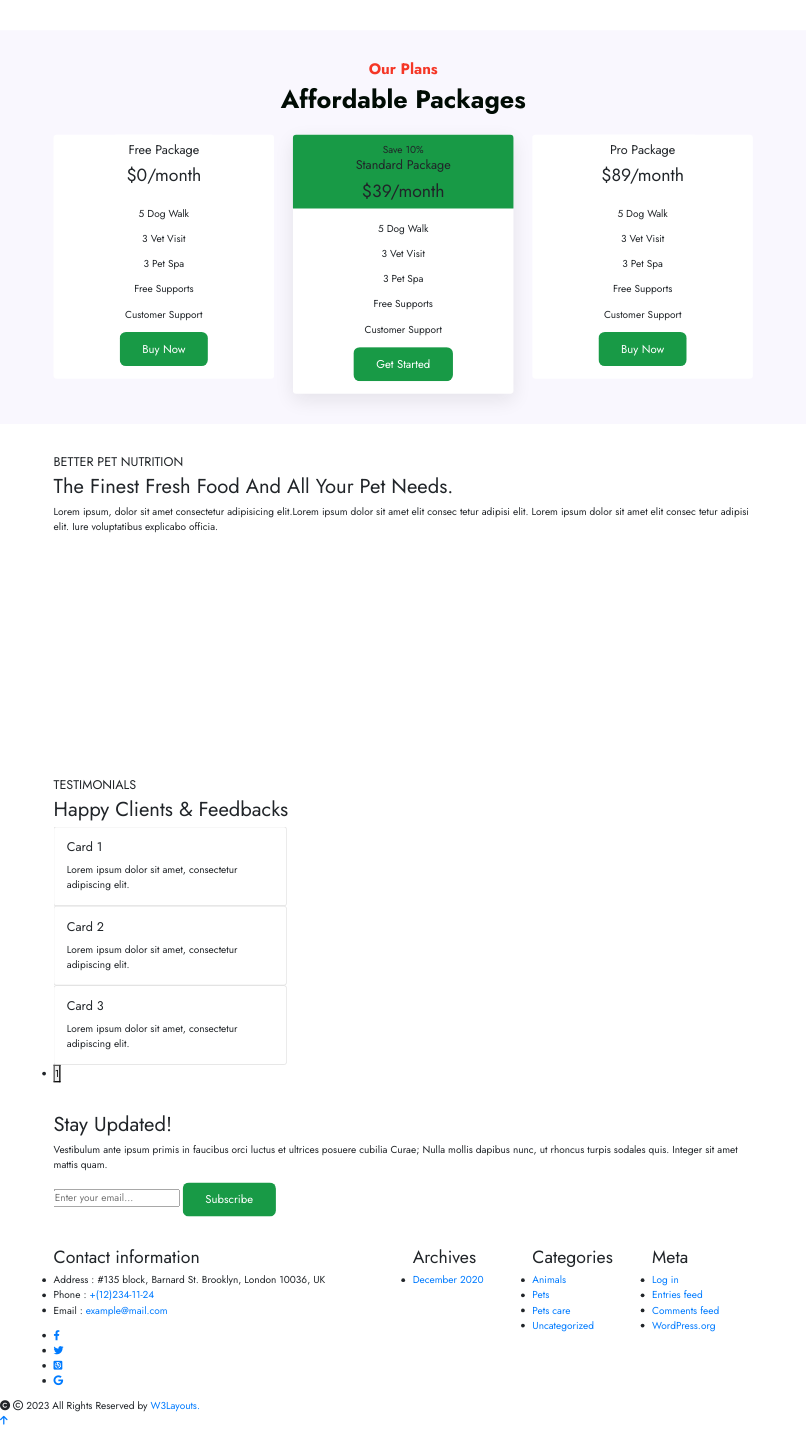
Repository: thanhfrankie/poochcare
Page: index.html
These files come from the project's save history. The page is drawn as it stood at one moment and after the next save; the edit follows.
The browser window is 1280 px wide. The pictures show the whole page, at 63% of full size.
Pictures or frames that could not be fetched are drawn as grey boxes.

Above is the page before, as saved 2023-12-20 22:30:51.

After the next save:
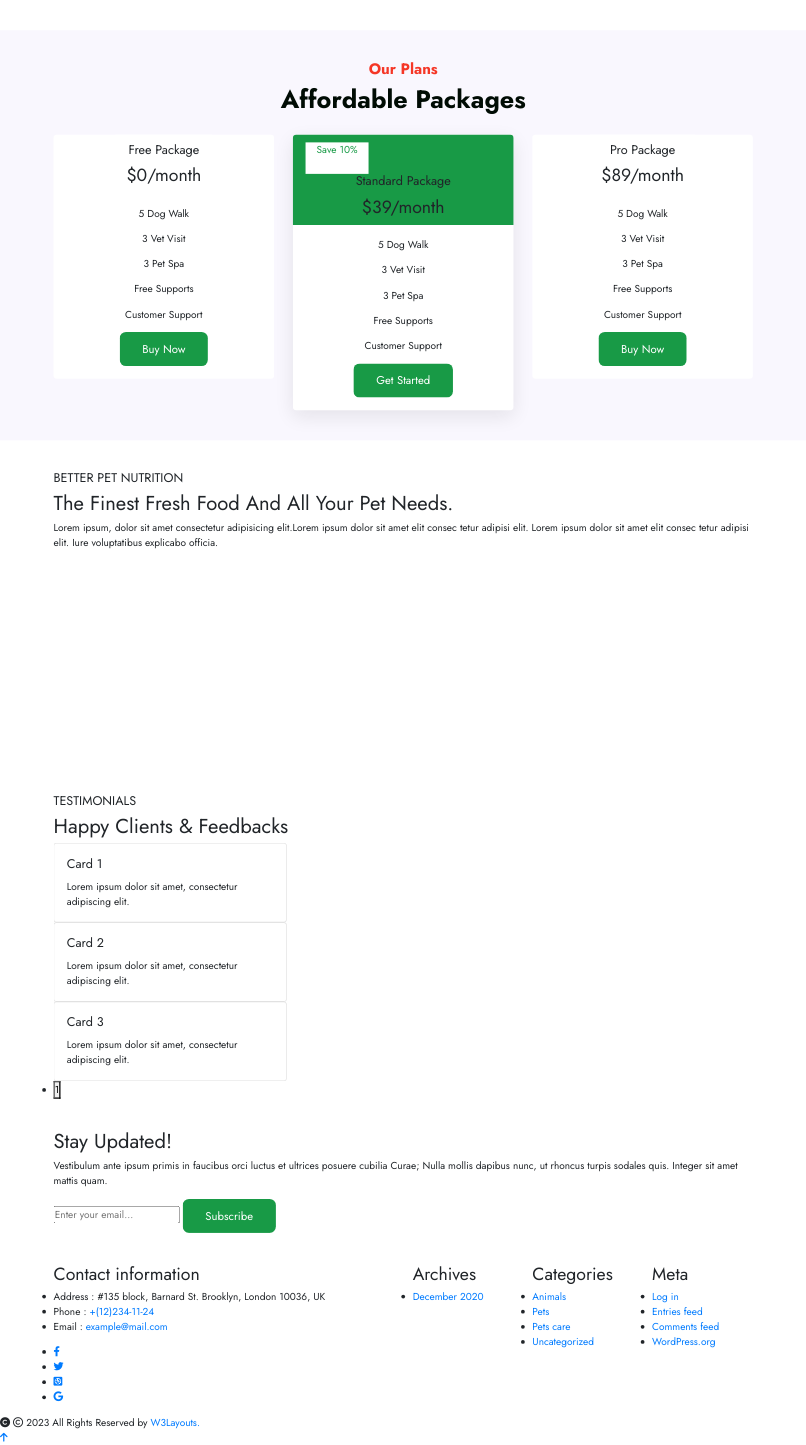
Saved 15 s later.
--- a/css/pricing.css
+++ b/css/pricing.css
@@ -63,7 +63,7 @@
     z-index: -1;
     margin-top: 50px;
 } */
-.pricing .container .row .card2 .car-save {
+.pricing .container .row .card2 .card-save {
     width: 100px;
     height: 50px;
     background-color: white;
